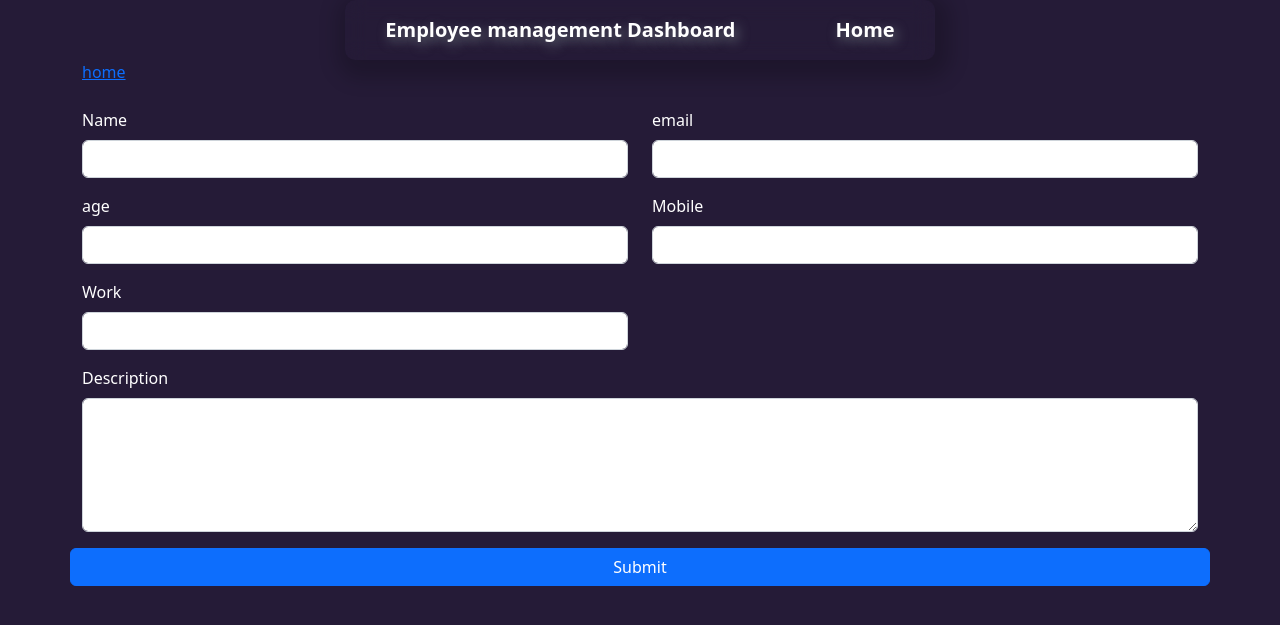
Repository: iamevs/Employee-Management-System
Page: /register (app in client/)
These files come from the project's save history. The page is drawn as it stood at one moment and after the next save; the edit follows.
The browser window is 1280 px wide. The pictures show the whole page.
The project was rebuilt for these pictures with package versions that can differ from the ones it lists, and the page was loaded fresh each time. Also part of the build but not shown: client/vite.config.js, client/src/components/Home.jsx, client/src/components/Edit.jsx, client/src/components/Hero.jsx. Imported but missing from the stored project, and not drawn on this page: client/src/components/Details.

Above is the page before, as saved 2022-11-28 23:34:48.

### client/index.html
<html lang="en">
  <head>
    <meta charset="UTF-8" />
    <link rel="icon" type="image/svg+xml" href="/vite.svg" />
    <meta name="viewport" content="width=device-width, initial-scale=1.0" />
    <title>employee-management</title>
  </head>
  <body>
    <div id="root"></div>
    <script type="module" src="/src/main.jsx"></script>
  </body>
</html>

### client/src/main.jsx
import React, { StrictMode } from 'react';
import ReactDOM from 'react-dom';
import { createRoot } from "react-dom/client";
import './index.css';
import App from './App';
import { BrowserRouter } from "react-router-dom"
import ContextProvider from "./components/context/ContextProvider";
// root.render(
//   <StrictMode>
//   <ContextProvider>
//     <BrowserRouter>
//       <App />
//     </BrowserRouter>
//   </ContextProvider>
//   </StrictMode>
//   ,
//   document.getElementById('root')
// );


createRoot(document.getElementById('root')).render(
  <ContextProvider>
    <BrowserRouter>
      <App />
    </BrowserRouter>
  </ContextProvider>
)

### client/src/index.css
body {
  margin: 0;
  font-family: -apple-system, BlinkMacSystemFont, 'Segoe UI', 'Roboto', 'Oxygen',
    'Ubuntu', 'Cantarell', 'Fira Sans', 'Droid Sans', 'Helvetica Neue',
    sans-serif;
  -webkit-font-smoothing: antialiased;
  -moz-osx-font-smoothing: grayscale;
  background-color: #251B37 !important;
  color: #fff !important;
}

code {
  font-family: source-code-pro, Menlo, Monaco, Consolas, 'Courier New',
    monospace;
}

.btns{
  display: flex;
  justify-content: space-between;
}

### client/src/App.jsx
import './App.css';
import "../node_modules/bootstrap/dist/css/bootstrap.min.css"
import "../node_modules/bootstrap/dist/js/bootstrap.bundle.min.js"
import Navbar from './components/Navbar';
import Home from './components/Home';
import Register from './components/Register';
import Edit from './components/Edit';
import Details from './components/Details';
import Hero from "./components/Hero.jsx";
import {Routes,Route} from "react-router-dom"




function App() {
  return (
   <>
    <Navbar />
    <Routes>
      <Route path="/" element={<Hero/>} />
      <Route  path="/home" element={<Home/>} />
      <Route exact path="/register" element={<Register/>} />
      <Route exact path="/edit/:id" element={<Edit/>} />
      <Route exact path="/view/:id" element={<Details/>} />
    </Routes>

   </>
  );
}

export default App;

### client/src/components/context/ContextProvider.jsx
import React, { createContext, useState } from 'react'


export const adddata = createContext("");
export const updatedata = createContext("");
export const deldata = createContext("");

const ContextProvider = ({ children }) => {

    const [udata, setUdata] = useState("");
    const [updata, setUPdata] = useState("");
    const [dltdata, setDLTdata] = useState("");


    return (
        <adddata.Provider value={{ udata, setUdata }}>
            <updatedata.Provider value={{ updata, setUPdata }}>
                <deldata.Provider value={{dltdata, setDLTdata}}>
                    {children}
                </deldata.Provider>

            </updatedata.Provider>

        </adddata.Provider>
    )
}

export default ContextProvider;

### client/src/App.css
.add_btn{
  text-align: right;
}

.container{
  overflow: auto;
}

.left_view h3{
  font-size: 21px;
}

.left_view p{
  font-weight: 600;
}

.left_view span{
  font-weight: 400;
}

.right_view p{
  font-weight: 600;
}


.right_view span{
  font-weight: 400;
}

### client/src/components/Navbar.jsx
import React from 'react'
import { NavLink } from 'react-router-dom'
import { Box, Stack } from "@mui/material";


const Navbar = () => {
    return (
        <Stack justifyContent={"center"} direction={"row"}>
            <Box justifyContent={"space-between"} className="navbar navbar-expand-lg text-white" sx={{
                backgroundColor: "transparent",
                backdropFilter: "blur(10px) !important",
                position: "relative",
                color: "white",
                boxShadow: "4px 7px 20px 11px rgb(0 0 0 / 20%)",
                height: "60px",
                padding: "0 40px 0 40px",
                width: "auto",
                borderRadius: "10px"
            }}>
                <Box sx={{
                    fontSize: "20px",
                    textShadow: "3px 4px 12px #6c757d",
                    fontWeight: "bold",
                    marginRight: "100px"
                }}>Employee management Dashboard</Box>
                <Box direction={"row"}>
                    <a href="/home" style={{
                        color: "white",
                        fontSize: "20px",
                        textShadow: "3px 4px 12px #6c757d",
                        fontWeight: "bold",
                        textDecoration: "none",
                    }}>Home</a>

                </Box>
            </Box>
        </Stack>
    )
}

export default Navbar

### client/src/components/Register.jsx
import React, { useContext, useState } from 'react'
import { NavLink, useNavigate } from 'react-router-dom'
import { adddata } from './context/ContextProvider';

var link = "http://localhost:8001/create";

const Register = () => {

    const { udata, setUdata } = useContext(adddata);

    const history = useNavigate();

    const [inpval, setINP] = useState({
        name: "",
        email: "",
        age: "",
        mobile: "",
        work: "",
        desc: ""
    })

    const setdata = (e) => {
        console.log(e.target.value);
        const { name, value } = e.target;
        setINP((preval) => {
            return {
                ...preval,
                [name]: value
            }
        })
    }


    const addinpdata = async (e) => {
        e.preventDefault();

        const { name, email, work, mobile, desc, age } = inpval;


        if (name == "") {
            alert("name is required")
        } else if (email == "") {
            alert("email is required")
        } else if (!email.includes("@")) {
            alert("enter valid email")
        } else if (work == "") {
            alert("work is required")
        } else if (mobile == "") {
            alert("mobile is required")
        } else if (age == "") {
            alert("age is required")
        } else {

            const res = await fetch(link, {
                method: "POST",
                headers: {
                    "Content-Type": "application/json"
                },
                body: JSON.stringify({
                    name, email, work, mobile, desc, age
                })
            });

            const data = await res.json();
            console.log(data);

            if (res.status === 422 || !data) {
                console.log("error ");
                alert("error");

            } else {
                history("/");
                setUdata(data)
                console.log("data added");

            }
        }

    }

    return (
        <div className="container">
            <NavLink to="/">home</NavLink>
            <form className="mt-4">
                <div className="row">
                    <div class="mb-3 col-lg-6 col-md-6 col-12">
                        <label for="exampleInputEmail1" class="form-label">Name</label>
                        <input type="text" value={inpval.name} onChange={setdata} name="name" class="form-control" id="exampleInputEmail1" aria-describedby="emailHelp" />
                    </div>
                    <div class="mb-3 col-lg-6 col-md-6 col-12">
                        <label for="exampleInputPassword1" class="form-label">email</label>
                        <input type="email" value={inpval.email} onChange={setdata} name="email" class="form-control" id="exampleInputPassword1" />
                    </div>
                    <div class="mb-3 col-lg-6 col-md-6 col-12">
                        <label for="exampleInputPassword1" class="form-label">age</label>
                        <input type="text" value={inpval.age} onChange={setdata} name="age" class="form-control" id="exampleInputPassword1" />
                    </div>
                    <div class="mb-3 col-lg-6 col-md-6 col-12">
                        <label for="exampleInputPassword1" class="form-label">Mobile</label>
                        <input type="number" value={inpval.mobile} onChange={setdata} name="mobile" class="form-control" id="exampleInputPassword1" />
                    </div>
                    <div class="mb-3 col-lg-6 col-md-6 col-12">
                        <label for="exampleInputPassword1" class="form-label">Work</label>
                        <input type="text" value={inpval.work} onChange={setdata} name="work" class="form-control" id="exampleInputPassword1" />
                    </div>
                    <div class="mb-3 col-lg-12 col-md-12 col-12">
                        <label for="exampleInputPassword1" class="form-label">Description</label>
                        <textarea name="desc" value={inpval.desc} onChange={setdata} className="form-control" id="" cols="30" rows="5"></textarea>
                    </div>

                    <button type="submit" onClick={addinpdata} class="btn btn-primary">Submit</button>
                </div>
            </form>
        </div>
    )
}
export default Register;

After the next save:
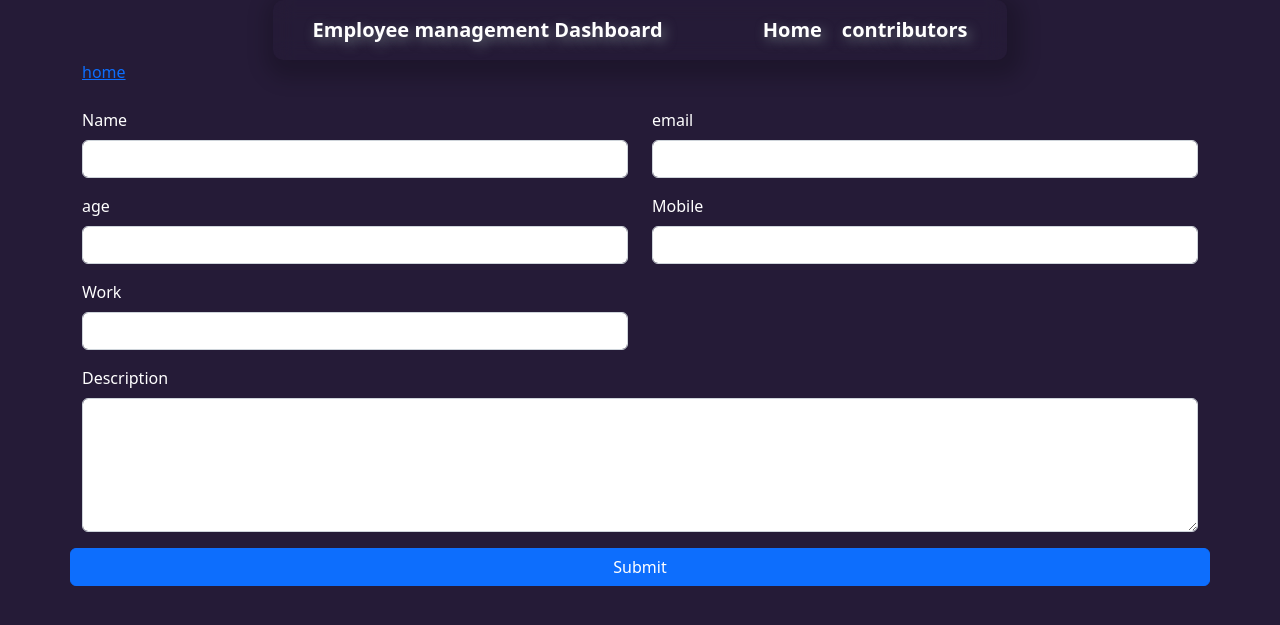
Saved 22 s later.
--- a/client/src/components/Navbar.jsx
+++ b/client/src/components/Navbar.jsx
@@ -31,6 +31,14 @@ const Navbar = () => {
                         fontWeight: "bold",
                         textDecoration: "none",
                     }}>Home</a>
+                    <a href="/" style={{
+                        color: "white",
+                        fontSize: "20px",
+                        textShadow: "3px 4px 12px #6c757d",
+                        fontWeight: "bold",
+                        textDecoration: "none",
+                        marginLeft: "20px"
+                    }}>contributors</a>
 
                 </Box>
             </Box>
